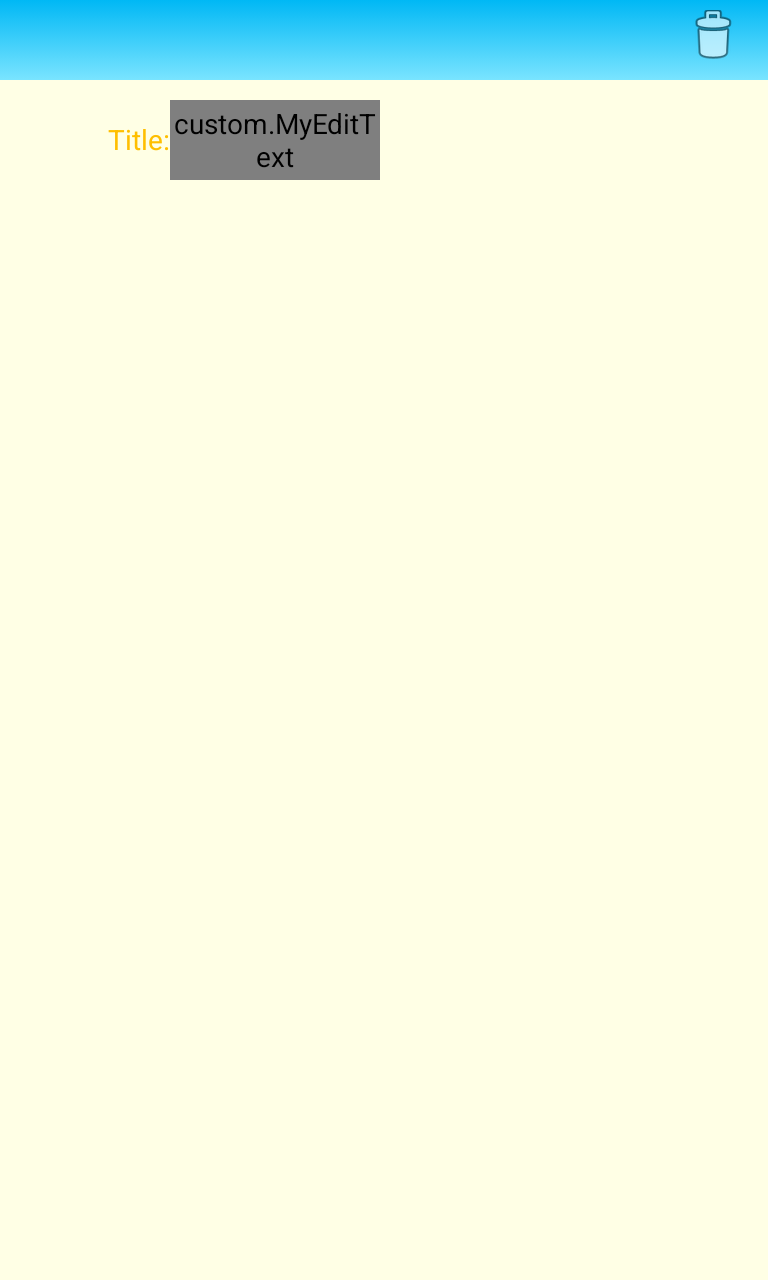
Repository: titango/androidass1
Layout: uTask/res/layout/add_edit_task.xml
The author's editor kept a copy of each file at every save. The layout is drawn from the files as they stood at one save, then again after the next save.
Pictures or frames that could not be fetched are drawn as grey boxes. It is drawn on a 768 x 1280 px phone screen (xhdpi) without system bars, with theme NoActionBar; the app's code is not run.

Above is the layout before, as saved 2013-04-01 19:32:41.

### uTask/res/layout/add_edit_task.xml
<RelativeLayout xmlns:tools="http://schemas.android.com/tools"
    xmlns:android="http://schemas.android.com/apk/res/android"
    android:layout_width="match_parent"
    android:layout_height="match_parent"
    android:orientation="vertical" >

    <RelativeLayout
        android:id="@+id/top_panel_group_add"
        android:layout_width="match_parent"
        android:layout_height="40dp"
        android:background="@drawable/top_panel_gradient_selector"
        android:orientation="horizontal" >

        <ImageButton
            android:id="@+id/deleteTaskButton_group_add"
            android:layout_width="25dp"
            android:layout_height="25dp"
            android:layout_alignParentRight="true"
            android:layout_marginLeft="13dp"
            android:layout_marginRight="15dp"
            android:layout_marginTop="5dp"
            android:background="@android:color/transparent"
            android:contentDescription="@string/addingTaskButton"
            android:src="@android:drawable/ic_menu_delete" />
    </RelativeLayout>

    <RelativeLayout
        android:id="@+id/bottom_panel_group_add"
        android:layout_width="match_parent"
        android:layout_height="match_parent"
        android:layout_below="@+id/top_panel_group_add"
        android:background="@color/superlightyellow"
        android:baselineAligned="false"
        android:orientation="horizontal" >

        <LinearLayout
            android:id="@+id/left_bottom_panel_group_add"
            android:layout_width="85dp"
            android:layout_height="match_parent"
            android:background="@color/superlightyellow"
            android:orientation="vertical" >

            <TextView
                android:id="@+id/groupName_left_bottom_panel_group_add"
                android:layout_width="match_parent"
                android:layout_height="wrap_content"
                android:layout_marginBottom="10dp"
                android:layout_marginTop="20dp"
                android:gravity="right"
                android:text="@string/title"
                android:textColor="@color/darkorange" />
        </LinearLayout>

        <LinearLayout
            android:id="@+id/right_bottom_panel_group_add"
            android:layout_width="match_parent"
            android:layout_height="wrap_content"
            android:layout_toRightOf="@+id/left_bottom_panel_group_add"
            android:background="@color/superlightyellow"
            android:orientation="vertical" >

            <custom.MyEditText
                android:id="@+id/title_right_bottom_panel_group_add"
                android:layout_width="105dp"
                android:layout_height="40dp"
                android:layout_marginBottom="10dp"
                android:layout_marginTop="10dp"
                android:layout_weight="13.82"
                android:ems="10"
                android:textColor="@color/darkblue"
                android:textSize="12sp" >

                <requestFocus />
            </custom.MyEditText>
        </LinearLayout>
    </RelativeLayout>

</RelativeLayout>

### uTask/res/drawable-mdpi/top_panel_gradient_selector.xml
<?xml version="1.0" encoding="utf-8"?>
<selector xmlns:android="http://schemas.android.com/apk/res/android">
<item>
    <shape>
        <gradient
            android:angle="90"
            android:startColor="#7AE4FF"
            android:endColor="#00B8F5"
            android:type="linear" />
    </shape>
</item>
</selector>

### uTask/res/values/strings.xml
<?xml version="1.0" encoding="utf-8"?>
<resources>

    <string name="app_name">uTask</string>
    <string name="task_view">TaskView</string>
    <string name="group_view">GroupView</string>
    <string name="taskmodify">TaskModifyView</string>


    <string name="action_settings">Settings</string>
    <string name="hello_world">Hello world!</string>
    <string name="addingTaskButton">This is the button to add task</string>
    <string name="addingGroupTaskButton">This is the button to add task group</string>
    <string name="priority">Priority:</string>
    <string name="title">Title:</string>
    <string name="duedate">DueDate:</string>
    <string name="group">Group:</string>
    <string name="collaborator">Collaborator:</string>
    <string name="note">Note:</string>
    <string name="chooseContact">Choose</string>
    <string name="status">Completed</string>

</resources>

### uTask/res/values/colors.xml
<?xml version="1.0" encoding="utf-8"?>
<resources>
    <color name="white">#FFFFFF</color>
    <color name="black">#000000</color>
    <color name="darkblue">#0000A0</color>
    <color name="lightblue">#CCE6FF</color>
    <color name="lightyellow">#FFFFCC</color>
    <color name="superlightyellow">#FFFFE5</color>
    <color name="lightorange">#FFCC33</color>
    <color name="darkorange">#FFBF00</color>
    <color name="lowlightgreen">#00FF99</color>
    <color name="lightpurple">#9999FF</color>
    <color name="bananagreen">#E6FF66</color>
    <color name="lightgreen">#00FFAA</color>

</resources>

Loaded but not shown: uTask/res/values/styles.xml (common file)

After the next save:
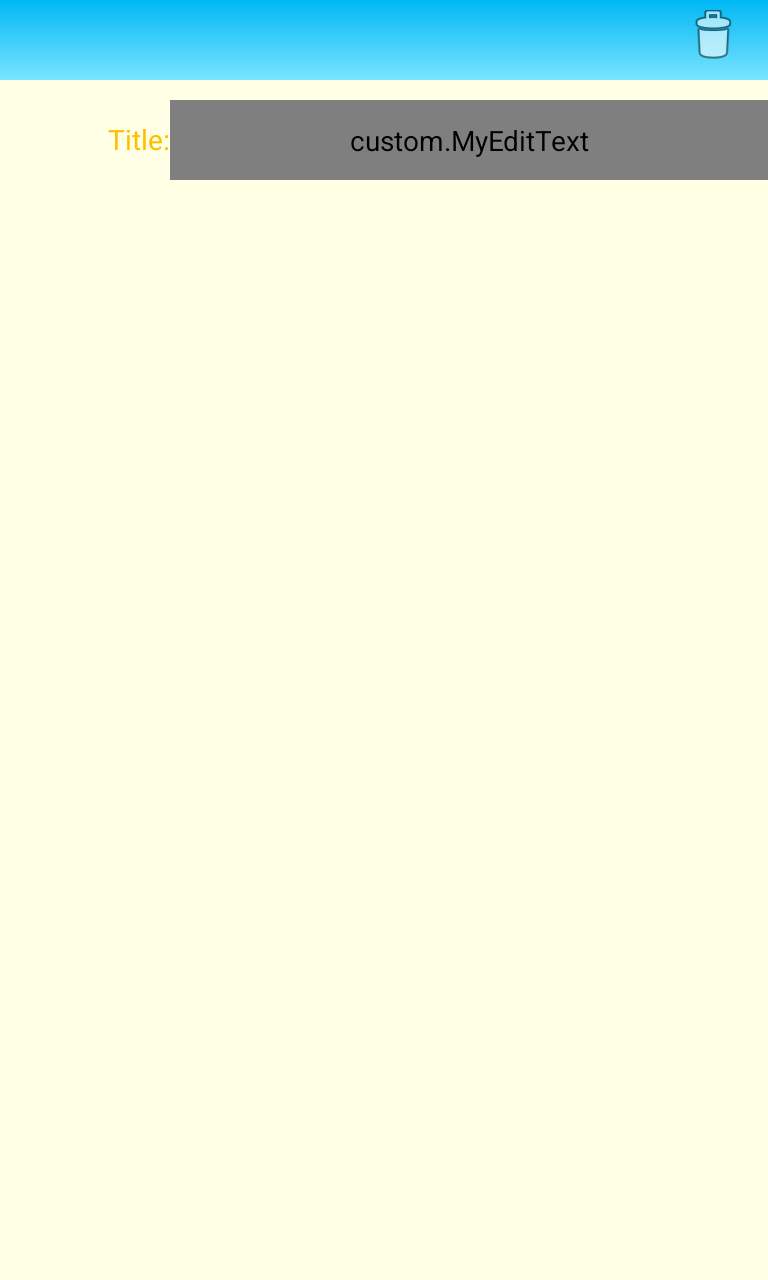
Saved 7 s later.
--- a/uTask/res/layout/add_edit_task.xml
+++ b/uTask/res/layout/add_edit_task.xml
@@ -61,7 +61,7 @@
 
             <custom.MyEditText
                 android:id="@+id/title_right_bottom_panel_group_add"
-                android:layout_width="105dp"
+                android:layout_width="match_parent"
                 android:layout_height="40dp"
                 android:layout_marginBottom="10dp"
                 android:layout_marginTop="10dp"
